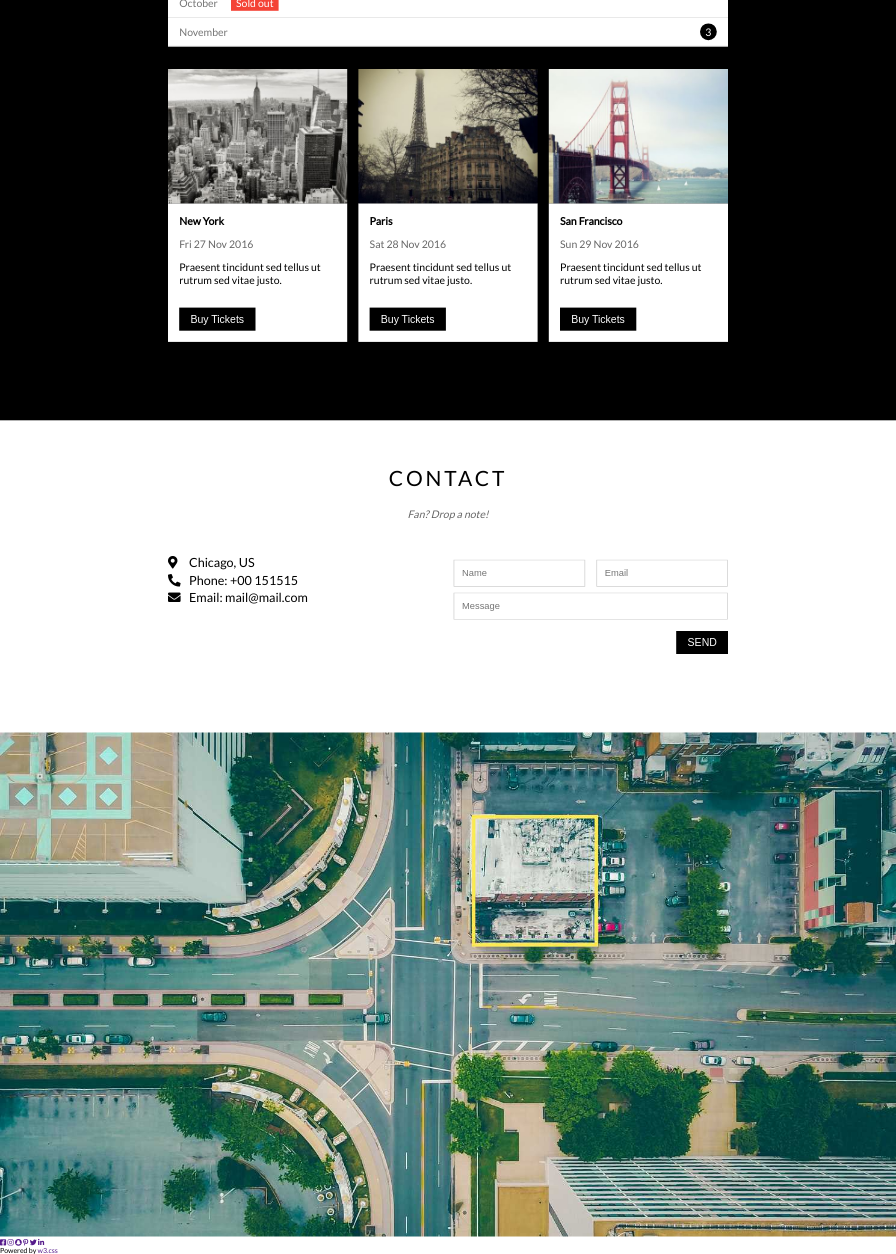
Repository: nguyenthaicong265/w3-band
Page: index.html
An editor plug-in stored every save of this project. The page is shown before and after the next save, followed by the edit.
The browser window is 1280 px wide. The pictures show the part of the page from y = 1639 to 3559 px (the page is 3431 px tall before and 3559 px after), at 70% of full size.

Above is the page before, as saved 2022-01-05 01:30:10.

### index.html
<!DOCTYPE html>
<html lang="en">
<head>
    <meta charset="UTF-8">
    <meta http-equiv="X-UA-Compatible" content="IE=edge">
    <meta name="viewport" content="width=device-width, initial-scale=1.0">
    <title>Document</title>
    <link rel="stylesheet" href="./assets/css/styles.css">
    <link rel="stylesheet" href="https://fonts.googleapis.com/css?family=Lato">
    <link rel="stylesheet" href="./assets/font/themify-icons-font/themify-icons/themify-icons.css">
    <link rel="stylesheet" href="./assets/font/fontawesome-free-5.15.4-web/css/all.css">
</head>
<body>
    <div id="main">
        <div id="header">
            <ul id="nav">
                <li><a href="">Home</a></li>
                <li><a href="">Band</a></li>
                <li><a href="">Tour</a></li>
                <li><a href="">Contact</a></li>
                <li>
                    <a href="#">
                        More
                        <i class="fas fa-sort-down"></i>
                    </a>
                    <ul class="subnav">
                        <li><a href="#">Merchandise</a></li>
                        <li><a href="#">Extras</a></li>
                        <li><a href="#">Media</a></li>
                    </ul>
                </li>
            </ul>
            <div class="search-button">
                <i class="fas fa-search text-white"></i>
            </div>
        </div>

        <div id="slider">
            <div class="text-content text-white">
                <h2 class="text-head">Los Angeles
                </h2>
                <div class="text-description">We had the best time playing at Venice Beach!
                </div>
            </div>
        </div>

        <div id="content">
            <!-- About-section -->
            <div class="band-section">
                <div class="content-section">
                    <h2 class="section-heading">
                    THE BAND
                    </h2>
                    <p class="section-sub-heading">
                    We love music
                    </p>
                    <p class="about-text">We have created a fictional band website. Lorem ipsum dolor sit amet, consectetur adipiscing elit, sed do eiusmod tempor incididunt ut labore et dolore magna aliqua. Ut enim ad minim veniam, quis nostrud exercitation ullamco laboris nisi ut aliquip ex ea commodo consequat. Duis aute irure dolor in reprehenderit in voluptate velit esse cillum dolore eu fugiat nulla pariatur. Excepteur sint occaecat cupidatat non proident, sunt in culpa qui officia deserunt mollit anim id est laborum consectetur adipiscing elit, sed do eiusmod tempor incididunt ut labore et dolore magna aliqua. Ut enim ad minim veniam, quis nostrud exercitation ullamco laboris nisi ut aliquip ex ea commodo consequat.
                    </p>

                    <!-- Member -->
                    <div class="members-list">
                        <div class="member-item">
                            <p class="member-name">Name</p>
                            <img src="./assets/img/band/member1.jpg" alt="Name" class="member-avatar">
                        </div>

                        <div class="member-item">
                            <p class="member-name">Name</p>
                            <img src="./assets/img/band/member1.jpg" alt="Name" class="member-avatar">
                        </div>

                        <div class="member-item">
                            <p class="member-name">Name</p>
                            <img src="./assets/img/band/member1.jpg" alt="Name" class="member-avatar">
                        </div>
                    </div>
                </div>
            </div>

            <!-- Tour-section -->
            <div class="tour-section">
                <div class="content-section">
                    <h2 class="section-heading text-white">
                    TOUR DATES
                    </h2>
                    <p class="section-sub-heading text-white">
                    Remember to book your tickets!
                    </p>

                    <!-- Tickets  -->
                    <ul class="tickets-list">
                        <li>September <span class="sold-out text-white">Sold out</span></li>
                        <li>October <span class="sold-out text-white">Sold out</span></li>
                        <li>November <span class="quantity text-white">3</span></li>
                    </ul>

                    <!-- Places -->
                    <div class="row places-list">
                        <div class="col col-third">
                            <img src="./assets/img/places/newyork.jpg" alt="New York" class="place-img">
                            <div class="place-body">
                                <h3 class="place-heading">
                                    New York
                                </h3>
                                <p class="place-time">
                                    Fri 27 Nov 2016
                                </p>
                                <p class="place-dsc">
                                    Praesent tincidunt sed tellus ut rutrum sed vitae justo.
                                </p>
                                <button class="btn js-buy-ticket">Buy Tickets</button>
                            </div>
                        </div>

                        <div class="col col-third">
                            <img src="./assets/img/places/paris.jpg" alt="Paris" class="place-img">
                            <div class="place-body">
                                <h3 class="place-heading">
                                    Paris
                                </h3>
                                <p class="place-time">
                                    Sat 28 Nov 2016
                                </p>
                                <p class="place-dsc">
                                    Praesent tincidunt sed tellus ut rutrum sed vitae justo.
                                </p>
                                <button class="btn js-buy-ticket">Buy Tickets</button>
                            </div>
                        </div>

                        <div class="col col-third">
                            <img src="./assets/img/places/sanfran.jpg" alt="San Francisco" class="place-img">
                            <div class="place-body">
                                <h3 class="place-heading">
                                    San Francisco
                                </h3>
                                <p class="place-time">
                                    Sun 29 Nov 2016
                                </p>
                                <p class="place-dsc">
                                    Praesent tincidunt sed tellus ut rutrum sed vitae justo.
                                </p>
                                <button class="btn js-buy-ticket">Buy Tickets</button>
                            </div>
                        </div>
                    </div>
                </div>
            </div>

            <!-- Begin: Contact-section -->
            <div class="content-section">
                <h2 class="section-heading">
                CONTACT</h2>
                <p class="section-sub-heading">
                Fan? Drop a note!</p>
                <div class="row contact-content">
                    <div class="col col-half contact-info">
                        <p><i class="fas fa-map-marker-alt"></i>Chicago, US</p>
                        <p><i class="fas fa-phone-alt"></i>Phone: +00 151515</p>
                        <p><i class="fas fa-envelope"></i>Email: mail@mail.com</p>
                    </div>
                    <div class="col col-half contact-form">
                        <form action="">
                            <div class="row mt-8">
                                <div class="col col-half">
                                    <input type="text" name="" required placeholder="Name" id="" class="form-control">
                                </div>
                                <div class="col col-half">
                                    <input type="email" name="" required placeholder="Email" id="" class="form-control">
                                </div>
                            </div>
                            <div class="row mt-8">
                                <div class="col col-full">
                                    <input type="text" name="" required placeholder="Message" id="" class="form-control">
                                </div>
                            </div>
                            <input class="btn pull-right mt-16" type="submit" value="SEND">
                        </form>
                    </div>
                </div>
            </div>
            <!-- End: Contact-section -->


            <div class="map-section">
                <img src="./assets/img/map.jpg" alt="Map">
            </div>
        </div>

        <div id="footer">
            <div class="socials-list">
                <a href=""><i class="fab fa-facebook-square"></i></a>
                <a href=""><i class="fab fa-instagram"></i></a>
                <a href=""><i class="fab fa-snapchat"></i></a>
                <a href=""><i class="fab fa-pinterest-p"></i></a>
                <a href=""><i class="fab fa-twitter"></i></a>
                <a href=""><i class="fab fa-linkedin-in"></i></a>
            </div>
            <p class="copyright">Powered by <a href="">w3.css</a></p>
        </div>
    </div>
    <div class="modal js-modal">
         <div class="modal-contaner js-modal-container">
             <div class="modal-close js-modal-close">
                <i class="fas fa-times"></i>
             </div>

             <div class="modal-header text-white">
                <i class="fas fa-suitcase"></i> Tickets
             </div>

             <div class="modal-body">
                <label for="ticket-quantity" class="modal-label">
                    <i class="fas fa-shopping-cart"></i>
                    Tickets, $15 per person
                 </label>
                 <input type="text" id="ticket-quantity" class="modal-input" placeholder="How many?">

                 <label for="ticket-email" class="modal-label">
                    <i class="fas fa-user"></i>
                    Send To
                 </label>
                 <input type="text" id="ticket-email" class="modal-input" placeholder="Enter email">

                <button id="buy-ticket">
                    Pay
                    <i class="fas fa-check"></i>
                </button>
             </div>

             <div class="modal-footer">
                 <p class="modal-help">
                     Need <a href="">help?</button>
                 </p>
             </div>
         </div>
    </div>

    <script>
        const buyBtns = document.querySelectorAll('.js-buy-ticket')
        const modal = document.querySelector('.js-modal')
        const modalContainer = document.querySelector('.js-modal-container')
        const modalClose = document.querySelector('.js-modal-close')

        // Hàm hiển thị modal mua vé
        function showBuyTickets() {
            modal.classList.add('open')
        }

        // Hàm ẩn modal mua vé
        function closeBuyTickets() {
            modal.classList.remove('open')
        }

        // Lắng nghe click vào từng button Buy Ticket
        for (const buyBtn of buyBtns) {
            buyBtn.addEventListener('click', showBuyTickets)
        }

        // Lắng nghe click vào button close
        modalClose.addEventListener('click', closeBuyTickets)

        // Lắng nghe click vào modal
        modal.addEventListener('click', closeBuyTickets)

        // Lắng nghe click vào container
        modalContainer.addEventListener('click', function(event) {
            event.stopPropagation()
        })
    </script>
</body>
</html>

### assets/css/styles.css
/* Reset CSS */
* {
    padding: 0;
    margin: 0;
    box-sizing: border-box;
}

html {
    font-family: "Lato", sans-serif;
    font-size: 62.5%;
}

/* Common */
.clear {
    clear: both;
}

.text-white {
    color: #ffff !important;
}

.row {
    margin-left: -8px;
    margin-right: -8px;
    overflow: hidden;
}

.col {
    float: left;
    padding-left: 8px;
    padding-right: 8px;
}

.col-third {
    width: 33.33333%;
}

.col-half {
    width: 50%;
}

.col-full {
    width: 100%;
}

.mt-8 {
    margin-top: 8px;
}

.mt-16 {
    margin-top: 16px;
}

.btn {
    display: inline-block;
    font-size: 15px;
    color: #ffff;
    background-color: #000;
    text-decoration: none;
    padding: 8px 16px;
    margin-top: 16px;
    border: 0px;
    cursor: pointer;
}

.btn:hover {
    color: #000;
    background-color: #ccc;
}

.pull-right {
    float: right;
    overflow: hidden;
}

/* Main */

#main {

}

#header {
    position: fixed;
    top: 0;
    left: 0;
    right: 0;
    height: 46.5px;
    background-color: #000000;
    z-index: 1;
}

#header .search-button {
    float: right;
    padding: 0 21px;
}

#header .search-button:hover {
    cursor: pointer;
    background-color: #f44336!important;
}

#header .fa-search {
    font-size: 13px;
    line-height: 46px;
}

#nav, .subnav {
    display: inline-block;
    list-style-type: none;
}

#nav > li {
    display: inline-block;
}

#nav li {
    position: relative;
}

#nav > li > a {
    color: #ffffff;
    text-transform: uppercase;
}

#nav li a {
    text-decoration: none;
    line-height: 46.5px;
    padding: 0px 24px;
    font-size: 1.5rem;
    display: block;
}

#nav .fa-sort-down {
    font-size: 20px;
}

#nav li:hover .subnav {
    display: block;

}

#nav > li:hover > a,
#nav .subnav li:hover a {
    color: #000 !important;
    background-color: #ccc !important;
}

#nav .subnav {
    display: none;
    position: absolute;
    min-width: 160px;
    top: 46.5px;
    background-color: #ffffff;
    box-shadow: 0 0 10px rgba(0, 0, 0, 0.3);
}

#nav .subnav a {
    color: #000;
    padding: 0 12px;
    line-height: 38px;
}

#slider {
    position: relative;
    margin-top: 46px;
    padding-top: 50%;
    background: url(/assets/img/slider/slider1.jpg) top center / cover no-repeat;
}

#slider .text-content {
    position: absolute;
    bottom: 48px;
    width: 100%;
    text-align: center;
}

#slider .text-head {
    font-weight: 100;
    font-size: 24px;
    margin-bottom: 10px;
}
#slider .text-description {
    font-size: 15px;
    margin-top: 15px;
}

#content {
}

#content .content-section {
    width: 800px;
    padding: 64px 0 112px ;
    margin-left: auto;
    margin-right: auto;
}

#content .section-heading {
    font-size: 30px;
    font-weight: 400;
    letter-spacing: 4px;
    text-align: center;
}

#content .section-sub-heading {
    font-size: 15px;
    font-style: italic;
    text-align: center;
    opacity: 0.6;
    margin-top: 25px;
}

#content .about-text {
    text-align: justify;
    font-size: 15px;
    margin-top: 25px;
    line-height: 1.4;
}

#content .members-list {
    margin-top: 48px;
    overflow: hidden;
    padding-top: 32px !important;
    padding-bottom: 32px !important;
}

#content .member-item {
    float: left;
    width: 33.333333%;
    text-align: center;
}

#content .member-name {
    font-size: 15px;


}

#content .member-avatar {
    width: 60%;
    margin-top: 15px;
    border-radius: 4px;
}

.tour-section {
    background-color: #000;
    width: 100%;
}

.tickets-list {
    background-color: #ffffff;
    margin-top: 40px;
    list-style-type: none;
}

.tickets-list li {
    font-size: 15px;
    padding: 11px 16px;
    border-bottom: 1px solid #dddd;
    color: #757575;
}

.tickets-list .sold-out {
    background-color: #f44336!important;
    padding: 2px 7px;
    margin-left: 16px;
}

.tickets-list .quantity {
    float: right;
    width: 24px;
    height: 24px;
    background-color: #000;
    border-radius: 50%;
    line-height: 24px;
    text-align: center;
    margin-top: -3px;
}

.places-list {
    margin-top: 32px;
    overflow: hidden;
}

.place-img {
    display: block;
    width: 100%;
}

.place-img:hover {
    opacity: 0.6;
}

.place-body {
    background-color: #ffff;
    padding: 16px;
}

.place-heading {
    font-size: 15px;
    font-weight: bolder;
    margin-bottom: 15px;
}

.place-time {
    font-size: 15px;
    opacity: 0.6;
    margin-bottom: 15px;
}

.place-dsc {
    font-size: 15px;
    margin-bottom: 15px;
}

.fas {
    display: inline-block;
}

.contact-content {
    margin-top: 48px;
}

.contact-info {
    font-size: 18px;
    line-height: 1.4;
}

.contact-info .fas {
    width: 30px;
}

.contact-form {
    font-size: 15px;
}

.contact-form .form-control {
    padding: 11px;
    border: 1px solid #ccc;
    width: 100%;
}

/* Map section */
.map-section img {
    width: 100%;
}

/* Footer section */
#footer {

}

.modal {
    position: fixed;
    top: 0;
    right: 0;
    bottom: 0;
    left: 0;
    background: rgba(0, 0, 0, 0.4);
    align-items: center;
    justify-content: center;
    display: none;
}

.modal.open {
    display: flex;
}

.modal-contaner {
    background: #fff;
    width: 900px;
    max-width: calc(100% - 32px);
    min-height: 200px;
    position: relative;
    animation: modalFadeIn ease 0.5s;
}

.modal-close {
    position: absolute;
    right: 0;
    top: 0;
    padding: 15px;
    cursor: pointer;
    color: #fff;
    font-size: 15px;
}

.modal-close:hover {
    background-color: #ccc;
    color: #000;
}

.modal-header {
    background-color: #009688;
    height: 130px;
    display: flex;
    align-items: center;
    justify-content: center;
    font-size: 30px;
    letter-spacing: 5px;
}

.modal-header .fa-suitcase {
    margin-right: 15px;
}

.modal-body {
    padding: 15px;

}

.modal-body .modal-label {
    display: block;
    font-size: 15px;
    opacity: 0.8;
}

.modal-body .modal-input {
    border: 1px solid #ccc;
    padding: 8px;
    margin: 15px 0;
    width: 100%;
    font-size: 15px;
}

#buy-ticket {
    background-color: #009688;
    color: #fff;
    font-size: 15px;
    padding: 15px;
    width: 100%;
    border: 0px;
}

#buy-ticket:hover {
    background-color: #ccc;
    color: #000;
}

.modal-footer {
    padding: 16px;
    text-align: right;
    font-size: 15px;
}

.modal-help {
    top: 0;
    right: 0;
}

.modal-help a {
    color: #2196F3;
}

@keyframes modalFadeIn {
    from {
        opacity: 0;
        transform: translateY(-100px);
    }
    to {
        opacity: 1;
        transform: translateY(0px);
    }
}

Loaded but not shown: assets/font/themify-icons-font/themify-icons/themify-icons.css (common file); assets/font/fontawesome-free-5.15.4-web/css/all.css (library)

After the next save:
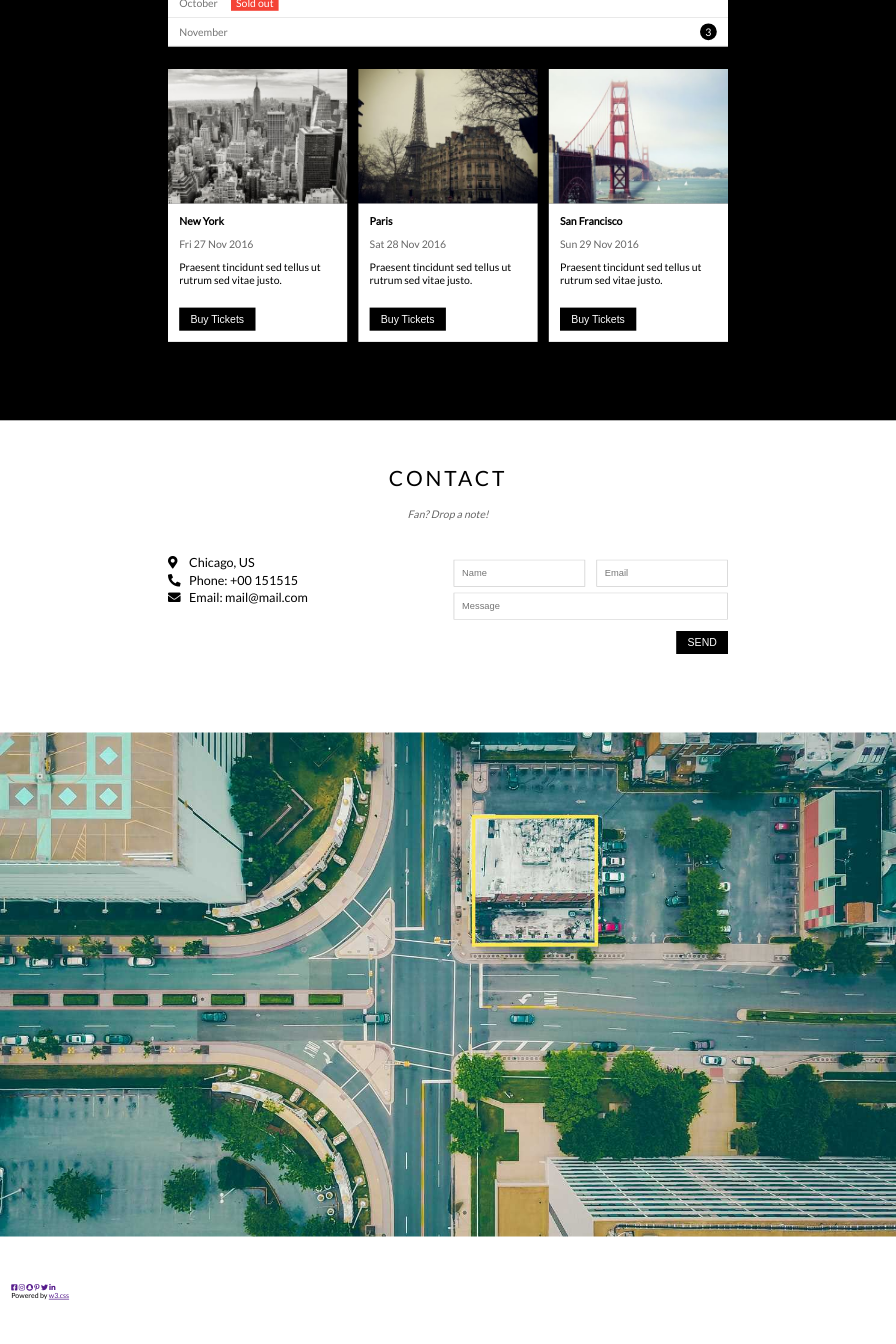
Saved 34 s later.
--- a/assets/css/styles.css
+++ b/assets/css/styles.css
@@ -346,6 +346,7 @@ html {
 
 /* Footer section */
 #footer {
+    padding: 64px 16px;
 
 }
 
